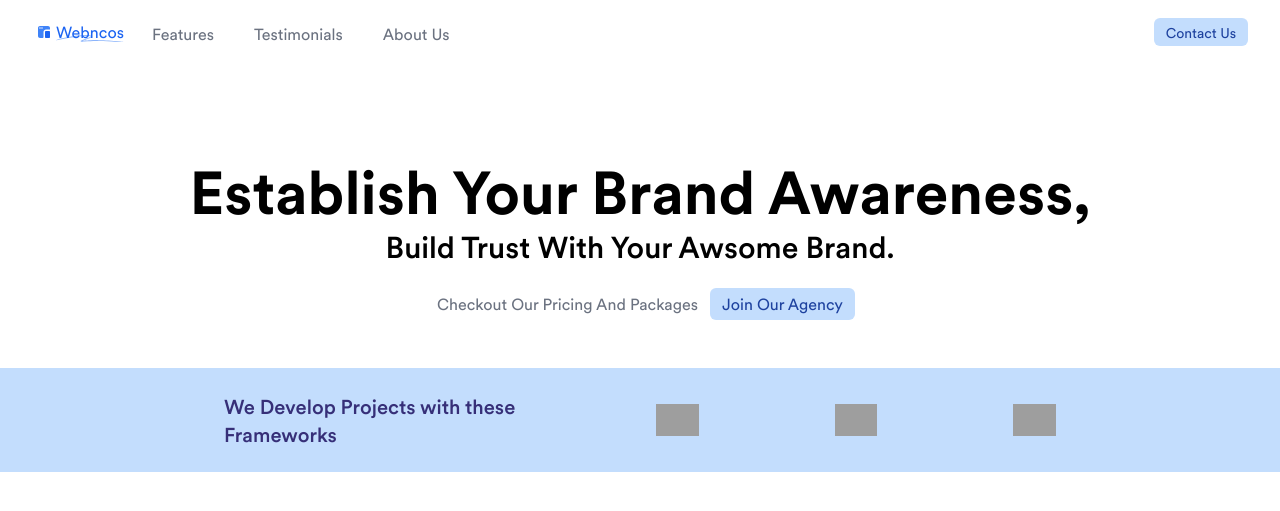
Repository: 1realjulius/webncos
Page: /
These files come from the project's save history. The page is drawn as it stood at one moment and after the next save; the edit follows.
The browser window is 1280 px wide. The pictures show the whole page.
Pictures or frames that could not be fetched are drawn as grey boxes. The project was rebuilt for these pictures with package versions that can differ from the ones it lists, and the page was loaded fresh each time. The framework's server and built-in components were replaced by stand-ins that run in the browser. Also part of the build but not shown: next.config.js.

Above is the page before, as saved 2022-08-26 14:51:32.

### pages/index.tsx
import type { NextPage } from 'next'
import Head from 'next/head'
import ComingSoon from '../components/ComingSoon'
import MainHome from '../components/MainHome'
import NavigationBar from '../components/NavigationBar'

const Home: NextPage = () => {
  return (
    <div className="flex min-h-screen flex-col font-circularBook">
      <Head>
      <title>Webncos</title>
        <meta name="description" content="Website and Software Development Agency." />
        <meta property="og:type" content="website"/>
        <meta property="og:url" content="https://www.webncos.com/"/>
        <meta property="og:title" content="Webncos — Website and Software Development Agency."/>
        <meta property="og:description" content="Website and Software Development Agency."/>
        {/* <meta property="og:image" content="/Assets/newmemoji.svg"/> */}
        {/* <meta property="twitter:card" content="/Assets/Julius_Eghan.jpg"/> */}
        <meta property="twitter:url" content="https://www.webncos.com/"/>
        <meta property="twitter:title" content="Webncos — Website and Software Development Agency."/>
        <meta property="twitter:description" content="Website and Software Development Agency."/>
        {/* <meta property="twitter:image" content="/Assets/Julius_Eghan.jpg"/> */}
        <link rel="icon" href="/favicon.ico" />
        {/* <meta name="google-site-verification" content="0HesePHVymRqGiL70HUKPIq0Zsap0uUIb_Ci0DpImRY" /> */}
        <meta name="theme-color" content="#2563eb"   media="(prefers-color-scheme: light)"/>
        <meta name="theme-color" content="#2563eb"   media="(prefers-color-scheme: dark)"/>
      </Head>
      <NavigationBar/>
      <MainHome/>

    </div>
  )
}

export default Home

### styles/globals.css
@tailwind base;
@tailwind components;
@tailwind utilities;

@layer base{
      @font-face{
        font-family: 'ApercuBold';
        src: url("/Fonts/ApercuPro-Bold.woff") format("woff"),url("/Fonts/ApercuPro-Bold.woff2") format("woff2");
      }
      @font-face{
        font-family: 'ApercuMedium';
        src: url("/Fonts/ApercuPro-Medium.woff") format("woff"),url("/Fonts/ApercuPro-Medium.woff2") format("woff2");
      }
      @font-face{
        font-family: 'circularBlack';
        src: url("/Fonts/circular-black.woff2") format("woff2");
      }
      @font-face{
        font-family: 'circularBold';
        src: url("/Fonts/circular-bold.woff2") format("woff2");
      }
      @font-face{
        font-family: 'circularBook';
        src: url("/Fonts/circular-book.woff2") format("woff2");
      }
      @font-face{
        font-family: 'circularMedium';
        src: url("/Fonts/circular-medium.woff2") format("woff2");
      }
    }

### components/MainHome.tsx
import Link from "next/link";
import React from "react";
import Image from "next/image";
import FeatureImg from "/Assets/Julius_Eghan.jpg";
import FImg from "/Assets/Julius_Eghan.jpg";

const MainHome = () => {
  return (
    <div>
      {/* header */}
      <div>
        <div className=" flex flex-col items-center justify-center mt-20 mb-10">
          <div className="pt-4 pb-2">
            <h1 className="text-4xl md:text-6xl text-center font-circularBold">
              Establish Your Brand Awareness,
            </h1>
          </div>
          <div className="pb-4">
            <h2 className="text-xl md:text-3xl font-circularMedium">
              Build Trust With Your Awsome Brand.
            </h2>
          </div>
          <div className="flex flex-col md:flex-row items-center">
            <div className="px-3 py-1 my-2">
              <Link href="#">
                <h3 className="text-gray-500 hover:text-gray-900 cursor-pointer text-base">
                  Checkout Our Pricing And Packages
                </h3>
              </Link>
            </div>
            <Link href="#">
              <div className="px-3 py-1 rounded-md bg-blue-200 active:bg-blue-300 my-2 cursor-pointer">
                <h3 className="text-blue-800 text-base">Join Our Agency</h3>
              </div>
            </Link>
          </div>
        </div>
      </div>
      {/* trusted by brands */}
      <div className="bg-blue-200">
      <div className="max-w-4xl mx-auto py-6 px-4 sm:py-6 sm:px-6 lg:px-8">
        <div className="lg:grid lg:grid-cols-2 lg:gap-8 items-center">
          <h2 className="max-w-md mx-auto text-xl font-circularMedium text-indigo-900 text-center lg:max-w-xl lg:text-left">
            We Develop Projects with these Frameworks
          </h2>
          <div className="flow-root self-center mt-8 lg:mt-0">
            <div className="-mt-4 -ml-8 flex flex-wrap justify-between lg:-ml-4">
              <div className="mt-4 ml-8 flex flex-grow flex-shrink-0 justify-center lg:flex-grow-0 lg:ml-4">
                <img
                  className="h-8"
                  src="https://tailwindui.com/img/logos/workcation-logo-indigo-900.svg"
                  alt="Workcation"
                />
              </div>
              <div className="mt-4 ml-8 flex flex-grow flex-shrink-0 justify-center lg:flex-grow-0 lg:ml-4">
                <img className="h-8" src="https://tailwindui.com/img/logos/tuple-logo-indigo-900.svg" alt="Tuple" />
              </div>
              <div className="mt-4 ml-8 flex flex-grow flex-shrink-0 justify-center lg:flex-grow-0 lg:ml-4">
                <img className="h-8" src="https://tailwindui.com/img/logos/level-logo-indigo-900.svg" alt="Level" />
              </div>
            </div>
          </div>
        </div>
      </div>
      </div>
      {/* Fameworks Used */}
      <div></div>
      {/* Services We offer (Features) */}
      <div></div>
      {/* Testimonials */}
      <div></div>
      {/* FAQs */}
      <div></div>
      {/* Other Sections */}
      <div></div>
    </div>
  );
};

export default MainHome;

### components/NavigationBar.tsx
/* This example requires Tailwind CSS v2.0+ */
import { Fragment } from "react";
import { Disclosure, Menu, Transition } from "@headlessui/react";
import { BellIcon, MenuIcon, XIcon } from "@heroicons/react/outline";
import Link from "next/link";

function classNames(...classes: string[]) {
  return classes.filter(Boolean).join(" ");
}

export default function NavigationBar() {
  return (
    <Disclosure as="nav" className="bg-white">
      {({ open }) => (
        <>
          <div className="max-w-7xl mx-auto px-4 sm:px-6 lg:px-8">
            <div className="flex justify-between h-16">
              <div className="flex">
                <div className="flex-shrink-0 flex items-center">
                  {/* the logo */}
                  <Link href="#">
                  <h1 className="text-base leading-none flex flex-row items-center cursor-pointer">
                    <span>
                      <svg className="h-6 w-6 " viewBox="0 0 24 24" fill="none">
                        <path
                          fillRule="evenodd"
                          clipRule="evenodd"
                          d="M8 6C6.89543 6 6 6.89543 6 8V16C6 17.1046 6.89543 18 8 18H10.5C11.0523 18 11.5 17.5523 11.5 17V12C11.5 10.6193 12.6193 9.5 14 9.5H18V8C18 6.89543 17.1046 6 16 6H8ZM7.25 8C7.25 7.58579 7.58579 7.25 8 7.25H8.01C8.42421 7.25 8.76 7.58579 8.76 8C8.76 8.41421 8.42421 8.75 8.01 8.75H8C7.58579 8.75 7.25 8.41421 7.25 8ZM10 7.25C9.58579 7.25 9.25 7.58579 9.25 8C9.25 8.41421 9.58579 8.75 10 8.75H10.01C10.4242 8.75 10.76 8.41421 10.76 8C10.76 7.58579 10.4242 7.25 10.01 7.25H10Z"
                          fill="#E879F9"
                          className="fill-blue-500 "
                        ></path>
                        <path
                          d="M13 12C13 11.4477 13.4477 11 14 11H17C17.5523 11 18 11.4477 18 12V17C18 17.5523 17.5523 18 17 18H14C13.4477 18 13 17.5523 13 17V12Z"
                          fill="#F0ABFC"
                          className="fill-blue-600 "
                        ></path>
                      </svg>
                    </span>
                    <span className="relative whitespace-nowrap text-blue-600 cursor-pointer">
                      <svg
                        aria-hidden="true"
                        viewBox="0 0 418 42"
                        className="absolute top-2/3 left-0 h-[0.48em] w-full fill-blue-500/60"
                        preserveAspectRatio="none"
                      >
                        <path d="M203.371.916c-26.013-2.078-76.686 1.963-124.73 9.946L67.3 12.749C35.421 18.062 18.2 21.766 6.004 25.934 1.244 27.561.828 27.778.874 28.61c.07 1.214.828 1.121 9.595-1.176 9.072-2.377 17.15-3.92 39.246-7.496C123.565 7.986 157.869 4.492 195.942 5.046c7.461.108 19.25 1.696 19.17 2.582-.107 1.183-7.874 4.31-25.75 10.366-21.992 7.45-35.43 12.534-36.701 13.884-2.173 2.308-.202 4.407 4.442 4.734 2.654.187 3.263.157 15.593-.78 35.401-2.686 57.944-3.488 88.365-3.143 46.327.526 75.721 2.23 130.788 7.584 19.787 1.924 20.814 1.98 24.557 1.332l.066-.011c1.201-.203 1.53-1.825.399-2.335-2.911-1.31-4.893-1.604-22.048-3.261-57.509-5.556-87.871-7.36-132.059-7.842-23.239-.254-33.617-.116-50.627.674-11.629.54-42.371 2.494-46.696 2.967-2.359.259 8.133-3.625 26.504-9.81 23.239-7.825 27.934-10.149 28.304-14.005.417-4.348-3.529-6-16.878-7.066Z"></path>
                      </svg>
                      <span className="relative leading-none">Webncos</span>
                    </span>
                  </h1>
                  </Link>
                </div>
                <div className="hidden sm:ml-6 sm:flex sm:space-x-8">
                  <a
                    href="#"
                    className="text-gray-500 text-base hover:text-gray-900 inline-flex items-center px-1 pt-1 "
                  >
                    Features
                  </a>
                  <a
                    href="#"
                    className=" text-gray-500 hover:text-gray-900 inline-flex items-center px-1 pt-1  text-base"
                  >
                    Testimonials
                  </a>
                  <a
                    href="#"
                    className=" text-gray-500 hover:text-gray-900 inline-flex items-center px-1 pt-1  text-base"
                  >
                    About Us
                  </a>
                </div>
              </div>
              <div className="hidden sm:ml-6 sm:flex sm:items-center">
                <Link href='#'>
                <div className="px-3 py-1 bg-blue-200 active:bg-blue-300 rounded-md cursor-pointer">
                  <h2 className="text-blue-800 text-sm">Contact Us</h2>
                </div>
                </Link>
              </div>
              <div className="-mr-2 flex items-center sm:hidden">
                {/* Mobile menu button */}
                <Disclosure.Button className="inline-flex items-center justify-center p-2 rounded-full text-gray-400 hover:text-gray-500 hover:bg-gray-100 ">
                  <span className="sr-only">Open main menu</span>
                  {open ? (
                    <XIcon className="block h-6 w-6" aria-hidden="true" />
                  ) : (
                    <MenuIcon className="block h-6 w-6" aria-hidden="true" />
                  )}
                </Disclosure.Button>
              </div>
            </div>
          </div>

          <Disclosure.Panel className="sm:hidden border-2 rounded-lg px-4 mx-2">
            <div className="flex flex-col pt-4 space-y-1 items-center">
              <a
               className="hover:bg-gray-100 w-full text-center py-2 rounded-md text-base"
               href="#"
               >Features</a>
              <a
               className="hover:bg-gray-100 w-full text-center py-2 rounded-md text-base"
               href="#"
               >Testimonials</a>
              <a
               className="hover:bg-gray-100 w-full text-center py-2 rounded-md text-base"
               href="#"
               >About Us</a>
            </div>
            <div className="flex py-2 items-center justify-center">
              <Link href="#">
                <div className="px-3 py-1 bg-blue-200 active:bg-blue-300 rounded-md cursor-pointer">
                  <h2 className="text-blue-800 text-sm">Contact Us</h2>
                </div>
              </Link>
            </div>
          </Disclosure.Panel>
        </>
      )}
    </Disclosure>
  );
}

### tailwind.config.js
/** @type {import('tailwindcss').Config} */
module.exports = {
  content: [
    './pages/**/*.{js,ts,jsx,tsx}',
    './components/**/*.{js,ts,jsx,tsx}',
    "./node_modules/flowbite-react/**/*.js",
  ],
  theme: {
    extend: {
      fontFamily: {
        ApercuBold: 'ApercuBold, sans',
        ApercuMedium: 'ApercuMedium, sans',
        circularBlack: 'circularBlack, sans',
        circularBold: 'circularBold, sans',
        circularBook: 'circularBook, sans',
        circularMedium: 'circularMedium, sans',
      },
    },
  },
  plugins: [
    require("flowbite/plugin")
  ],
}

Loaded but not shown: pages/_app.tsx (common file)

After the next save:
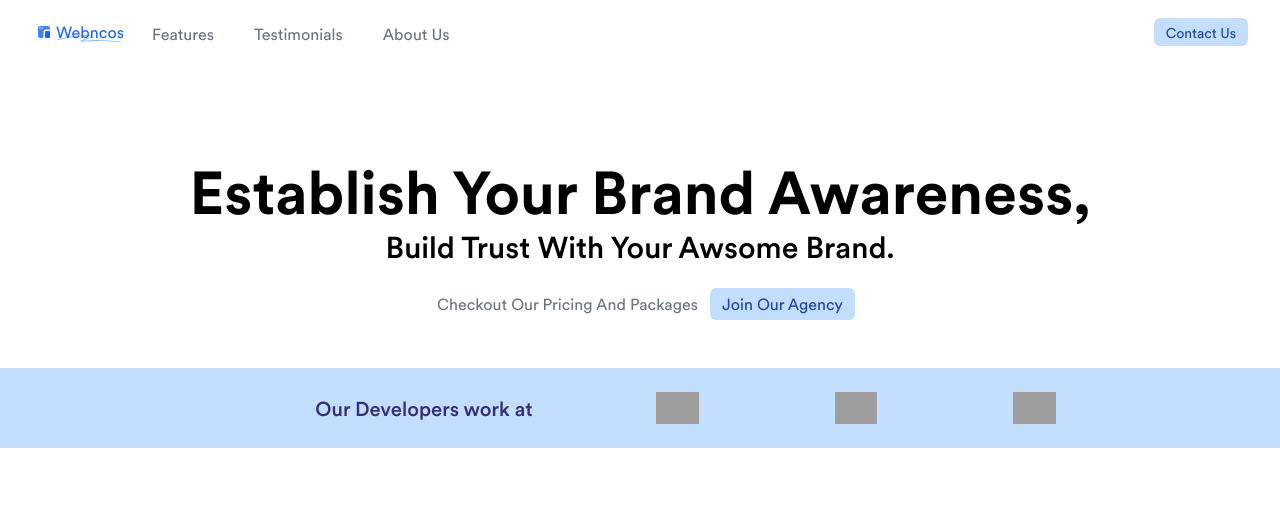
Saved 2 min 0 s later.
--- a/components/MainHome.tsx
+++ b/components/MainHome.tsx
@@ -41,7 +41,7 @@
       <div className="max-w-4xl mx-auto py-6 px-4 sm:py-6 sm:px-6 lg:px-8">
         <div className="lg:grid lg:grid-cols-2 lg:gap-8 items-center">
           <h2 className="max-w-md mx-auto text-xl font-circularMedium text-indigo-900 text-center lg:max-w-xl lg:text-left">
-            We Develop Projects with these Frameworks
+            Our Developers work at
           </h2>
           <div className="flow-root self-center mt-8 lg:mt-0">
             <div className="-mt-4 -ml-8 flex flex-wrap justify-between lg:-ml-4">
